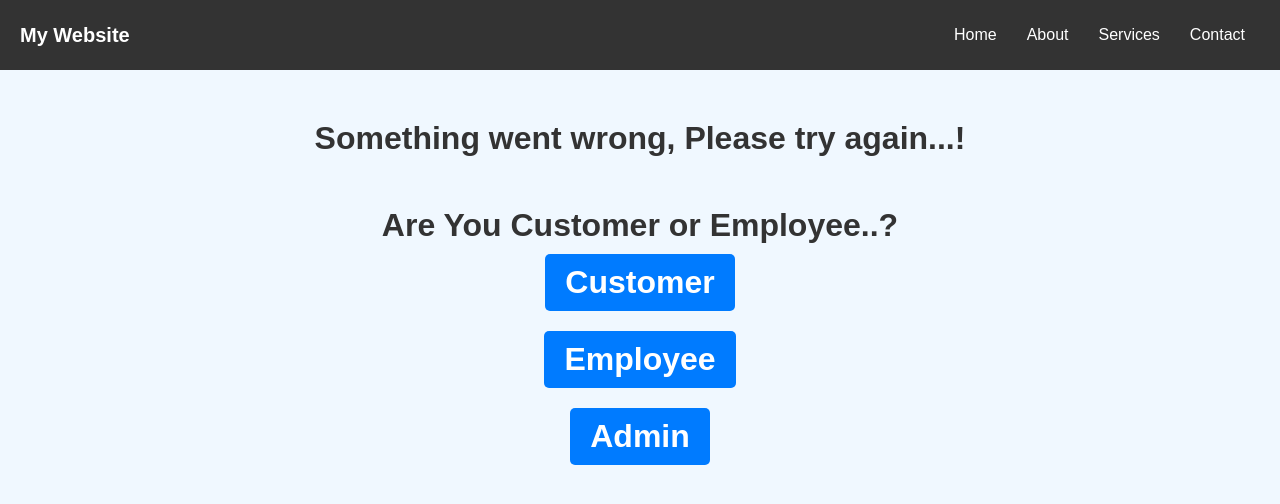
Repository: brijeshparmar2054/javaproject
Page: http://localhost/errorPage
These files come from the project's save history. The page is drawn as it stood at one moment and after the next save; the edit follows.
The browser window is 1280 px wide. The pictures show the whole page.
The page is this project's Thymeleaf template; nobody is signed in. The template is opened directly, without the code that normally fills it, so the values that code supplies are empty.

Above is the page before, as saved 2024-06-23 04:25:02.

### cma/web-project/src/main/resources/templates/errorPage.html
<!DOCTYPE html>
<html lang="en" xmlns:th="http://www.thymeleaf.org">
<head>
<meta charset="ISO-8859-1">
<title>Error Page</title>
<link rel="stylesheet" th:href="@{css/style.css}" type="text/css">
</head>
<body>
	<!-- Navigation Bar -->
	<nav>
		<div class="logo">My Website</div>
		<ul class="nav-links">
			<li><a th:href="@{/}">Home</a></li>
			<li><a th:href="@{/}">About</a></li>
			<li><a th:href="@{/}">Services</a></li>
			<li><a th:href="@{/}">Contact</a></li>
		</ul>
		<div class="burger">
			<div class="line1"></div>
			<div class="line2"></div>
			<div class="line3"></div>
		</div>
	</nav>
	<!--  -->
	<div align="center">
		<h1 style="">
			Something went wrong, Please try again...!
		</h1>
		<h1>
			Are You Customer or Employee..?
			<br>
			<a th:href="@{customer/form}">Customer</a>
			<br>
			<a th:href="@{employee/login}">Employee</a>
			<br>
			<a th:href="@{admin/login}">Admin</a>
		</h1>
	</div>
</body>
</html>

### cma/web-project/src/main/resources/static/css/style.css
@charset "ISO-8859-1";

/* General Styles */
body {
	font-family: Arial, sans-serif;
	background-color: #f0f8ff;
	margin: 0;
	padding: 0;
}

/* Navbar Styles */
nav {
	display: flex;
	justify-content: space-between;
	align-items: center;
	background-color: #333;
	padding: 10px 20px;
}

.nav-links {
	list-style: none;
	display: flex;
}

.nav-links li {
	margin: 0 15px;
}

.nav-links a {
	color: white;
	text-decoration: none;
	font-size: 16px;
	transition: color 0.3s ease;
}

.nav-links a:hover {
	color: #007bff;
}

.logo {
	color: white;
	font-size: 20px;
	font-weight: bold;
}

/* Burger Menu */
.burger {
	display: none;
	cursor: pointer;
}

.burger div {
	width: 25px;
	height: 3px;
	background-color: white;
	margin: 5px;
	transition: all 0.3s ease;
}

/* H1 Styles */
h1 {
	text-align: center;
	color: #333;
	margin-top: 50px;
}

/* Link Styles */
h1 a {
	display: inline-block;
	margin: 10px 0;
	padding: 10px 20px;
	text-decoration: none;
	color: white;
	background-color: #007bff;
	border-radius: 5px;
	transition: background-color 0.3s ease;
}

h1 a:hover {
	background-color: #0056b3;
}

/* Responsive Styles */
@media ( max-width : 768px) {
	.nav-links {
		display: none;
		flex-direction: column;
		width: 100%;
		position: absolute;
		top: 60px;
		left: -100%;
		background-color: #333;
		transition: all 0.3s ease;
	}
	.nav-links li {
		margin: 0;
	}
	.nav-links a {
		padding: 15px;
		width: 100%;
		box-sizing: border-box;
	}
	.burger {
		display: block;
	}
	.nav-active {
		left: 0;
	}
	.toggle .line1 {
		transform: rotate(-45deg) translate(-5px, 6px);
	}
	.toggle .line2 {
		opacity: 0;
	}
	.toggle .line3 {
		transform: rotate(45deg) translate(-5px, -6px);
	}
}

/* Form Styles */
.container {
	width: 50%;
	margin: 50px auto;
	background: white;
	padding: 20px;
	box-shadow: 0px 0px 10px 0px #000;
}

h1 {
	text-align: center;
	color: #333;
}

form {
	display: flex;
	flex-direction: column;
}

label {
	margin-bottom: 5px;
	color: #333;
}

input[type="text"], input[type="email"], input[type="password"],
	textarea {
	margin-bottom: 15px;
	padding: 10px;
	font-size: 16px;
	border: 1px solid #ccc;
	border-radius: 5px;
}

button {
	padding: 10px;
	font-size: 16px;
	background-color: #007bff;
	color: white;
	border: none;
	border-radius: 5px;
	cursor: pointer;
}

button:hover {
	background-color: #0056b3;
}

/* Table Styles */
table {
	width: 100%;
	border-collapse: collapse;
}

thead {
	background-color: #f2f2f2;
}

th, td {
	border: 1px solid #ddd;
	padding: 8px;
	text-align: left;
}

th {
	background-color: #4CAF50;
	color: white;
}

tr:nth-child(even) {
	background-color: #f2f2f2;
}

tr:hover {
	background-color: #ddd;
}

a {
	color: #007BFF;
	text-decoration: none;
}

a:hover {
	text-decoration: underline;
}

After the next save:
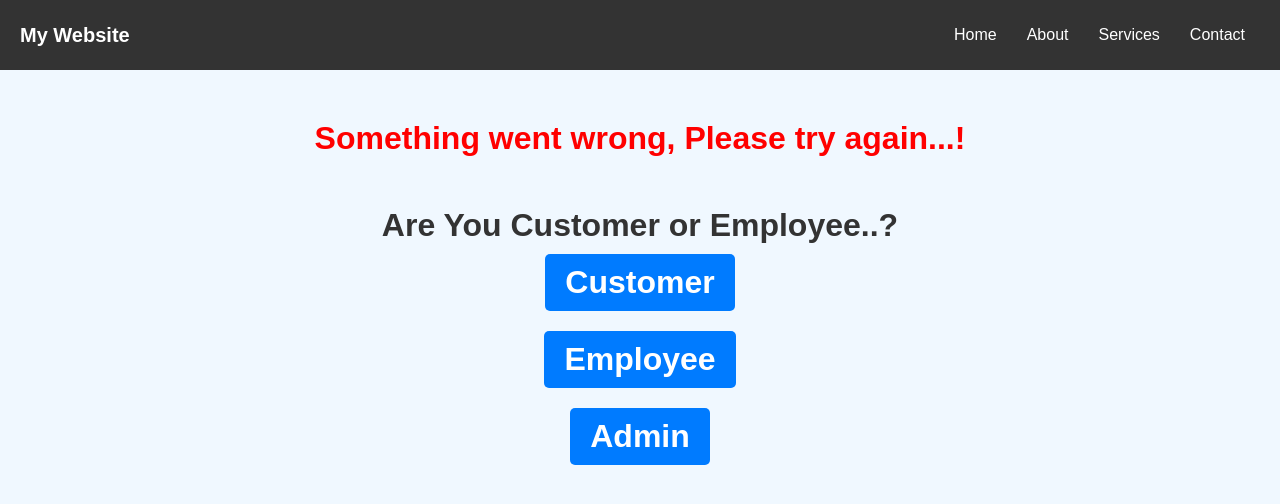
Saved 6 s later.
--- a/cma/web-project/src/main/resources/templates/errorPage.html
+++ b/cma/web-project/src/main/resources/templates/errorPage.html
@@ -23,7 +23,7 @@
 	</nav>
 	<!--  -->
 	<div align="center">
-		<h1 style="">
+		<h1 style="color:red;">
 			Something went wrong, Please try again...!
 		</h1>
 		<h1>
